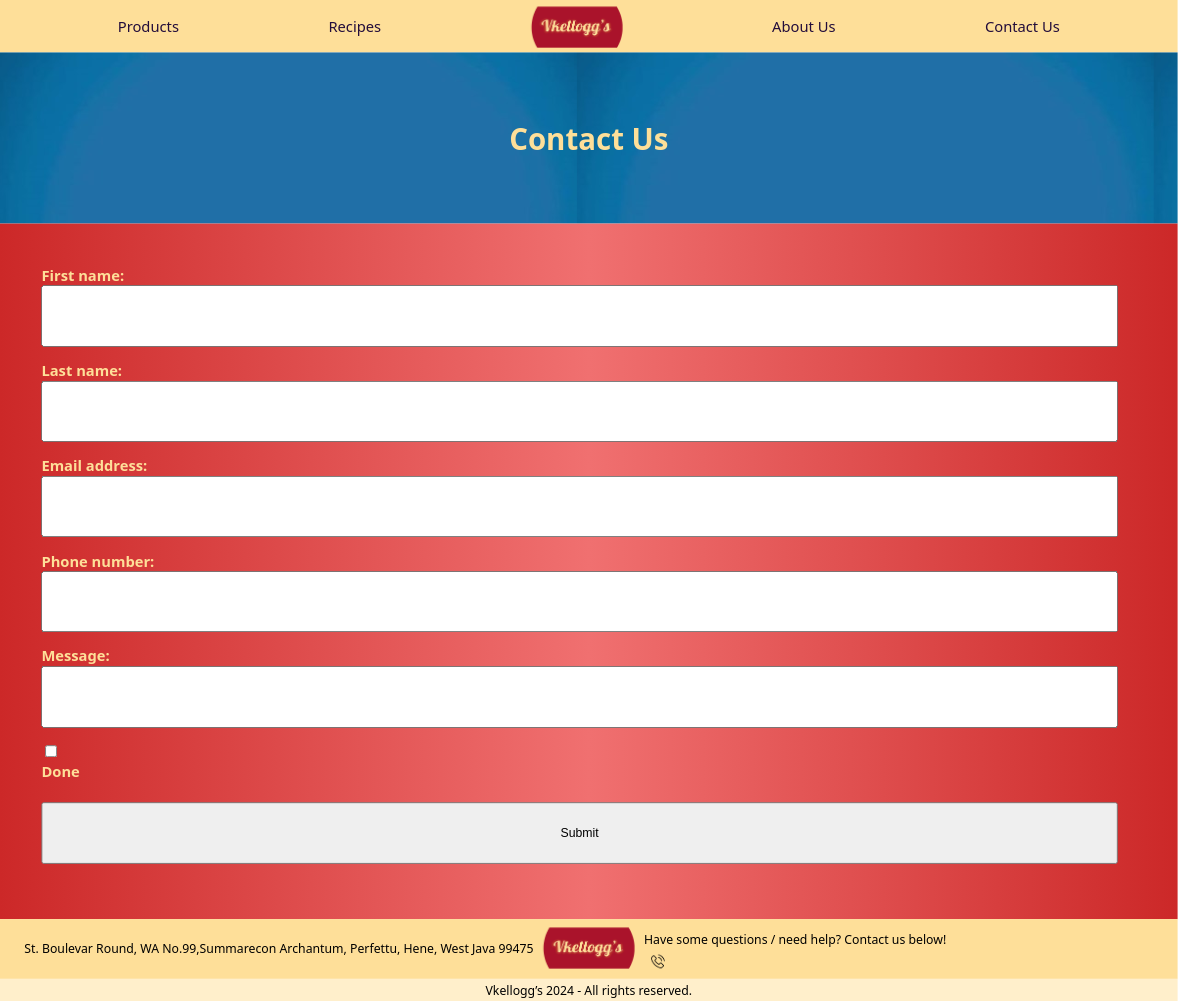
Repository: sugralld/VKelloggs
Page: Code and Assets/html/contactus.html
An editor plug-in stored every save of this project. The page is shown before and after the next save, followed by the edit.
The browser window is 1280 px wide. The pictures show the whole page, at 92% of full size.

Above is the page before, as saved 2024-12-03 20:58:40.

After the next save:
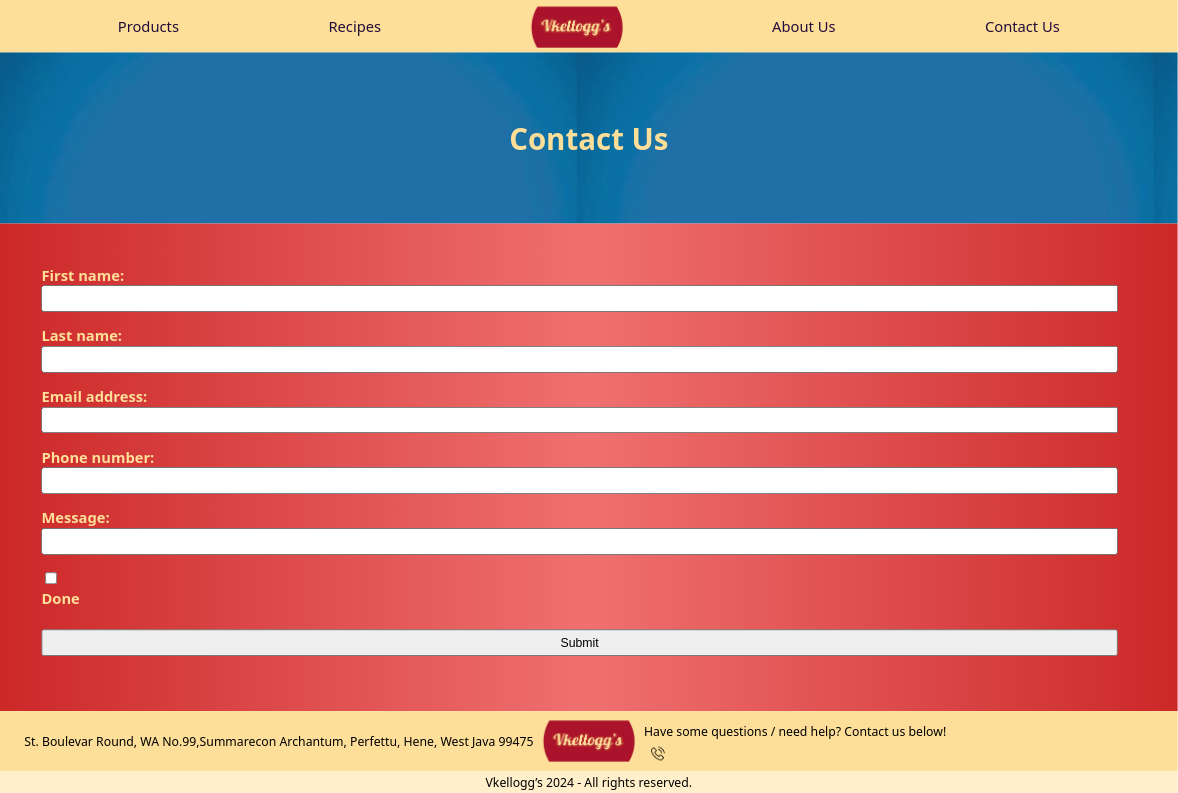
Saved 11 s later.
--- a/Code and Assets/css/contactus.css
+++ b/Code and Assets/css/contactus.css
@@ -22,6 +22,6 @@
     width: calc(100% - 20px); /* Lebar penuh dikurangi margin */
     max-width: 100%; /* Mencegah input melampaui layar */
     margin: 0 auto 15px; /* Jarak antar elemen */
-    padding: 2%; /* Tambahkan padding untuk kenyamanan pengguna */
+    padding: 5px; /* Tambahkan padding untuk kenyamanan pengguna */
     box-sizing: border-box; /* Termasuk padding dalam perhitungan lebar */
 }
